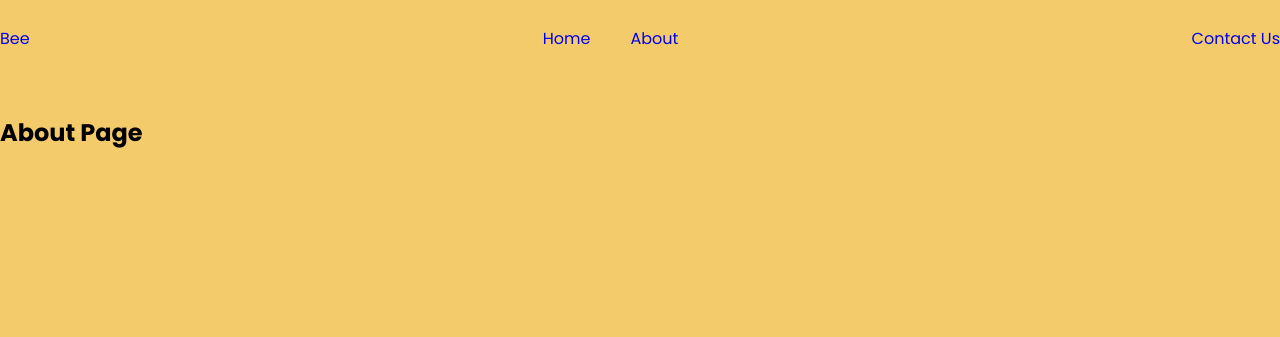
Repository: ble-syn/Random-user-generator-app
Page: /about
The author's editor kept a copy of each file at every save. The page is drawn from the files as they stood at one save, then again after the next save.
The browser window is 1280 px wide. The pictures show the whole page.
The project was rebuilt for these pictures with package versions that can differ from the ones it lists, and the page was loaded fresh each time. Also part of the build but not shown: src/components/pagination.jsx, src/components/ErrorBoundaries.jsx, src/components/User.jsx, src/pages/Home.jsx, src/pages/Policy.jsx, src/pages/Terms.jsx, src/pages/Contact.jsx, src/pages/NotFound.jsx.

Above is the page before, as saved 2022-10-28 14:02:39.

### src/index.css
@import url("https://fonts.googleapis.com/css2?family=Poppins:ital,wght@0,200;0,300;0,400;0,500;0,600;0,700;1,400&display=swap");
*{
  margin: 0;
  padding: 0;
  box-sizing: border-box;
}
a {
  text-decoration: none;
}

body {
  background-color: #F4CB6B;
  font-family: "Poppins", sans-serif;
}
.container {
  width: 100%;
  max-width: 1300px;
  margin: 0 auto;

}

nav {
  display: flex;
  justify-content: space-between;
  margin: 2% 0 5%;
}
.menu {
  margin: 0 20px;
}

.home-container{
  display: flex;

  align-items: center;
}
/* LEFT STYLES */
#left {
  flex: 5;
}
#left h1 {
  font-size: 3rem;
  font-weight: 700;
  margin-bottom: 20px;
}
#left p {
  font-size: 1.2rem;
  margin-bottom: 20px;
}
.search-input {
  width: 80%;
  background-color: #dadada;
  border-radius: 12px;
  border: none;
  display: flex;
  place-items: center;
  padding-left: 15px;
  margin: 50px 0;
}
input {
  border: none;
  border-radius: 12px;
  background-color: inherit;
  width: 100%;
  height: 50px;
  padding-left: 5px;
  font-size: 20px;
}
input:focus {
  outline: none;
}
input::placeholder {
  color: #171717;
}
.user-link-cont {
  margin-top: 70px;
}
.user-link{
  margin-right: 80px;
  padding: 30px;
  border-radius: 10px;
  color: #FFF;
  cursor: pointer;
  border: none;
  box-shadow: 0px 2px 5px  rgba(0, 0, 0, 0.5);
}
.all-user {
  background-color: #BF9679;
}
.f-user{
  background-color: #F97661;
}
.m-user{
background-color: #8DCC50;
}

#right{
  height: 90vh;
  flex: 5;
  margin-left: 20px;
  background-color: #F2F2EF;
  border-radius: 50px;
  padding: 20px;
}

.usercard {
  background-color: #F2F2EF;
  border-radius: 20px;
  display: flex;
  justify-content: space-between;
  align-items: center;
  padding: 20px;
  margin: 20px 0;
  box-shadow: 0px 2px 5px  rgba(0, 0, 0, 0.5);
}

img {
 border: 5px solid#8DCC50;
  border-radius: 50%;
  margin: 5px 0;
}

.pagination {
  display: flex;
  justify-content: center;
  align-items: center;
  gap: 12px;
  margin: 20px 0;
}

.pagination-num {
  display: flex;
  justify-content: center;
  align-items: center;
  gap: 12px;
}

.pagination-child,
.prev,
.next {
  opacity: 1;
  border: 1px solid #000;
  padding: 8px 16px;
  cursor: pointer;
  border-radius: 10px;
  transition: all 0.3s ease;
}

.pagination-child:hover,
.prev:hover,
.next:hover {
  transform: scale(1.1);
  background-color: #F4CB6B;
}

.disabled {
  opacity: 0.5;
  cursor: not-allowed;
}

### src/App.js
import { BrowserRouter as Router, Routes, Route, Navigate} from "react-router-dom";
import Navbar from "./components/Navbar";
import Home from "./pages/Home";
import About from "./pages/About";
import Policy from "./pages/Policy";
import Terms from "./pages/Terms";
import Contact from "./pages/Contact";
import NotFound from "./pages/NotFound";

function App() {
  return (
    <div className="container">
      <Router>
      <Navbar />
        <Routes>
          <Route path="/" element={<Home />} />
          <Route path="/about" element={<About />}>
            <Route path="policy" element={<Policy />} />
            <Route path="terms" element={<Terms />} />
          </Route>
          <Route path="/contact" element={<Contact />} />
          <Route path="/not-found" element={<NotFound />} />
          <Route path="*" element={<Navigate to="/not-found" />} />
        </Routes>
      </Router>

    </div>
  );
}

export default App;

### src/components/Navbar.jsx
import React from "react";
import { Link } from "react-router-dom";

function Navbar() {
    return (
      <nav className="header">
        <div className="logo">
          <Link to="/">Bee</Link>
        </div>


        <div>
            <Link to="/" className="menu">Home</Link>

            <Link to="/about" className="menu">About</Link>
        </div>
        <div>
            <Link to="/contact">Contact Us</Link>
        </div>
      </nav>
    );
  }

export default Navbar;

### src/pages/About.jsx
import React from "react";


function About() {


  return (
    <div>
      <h2> About Page</h2>
    </div>
  );
}

export default About;

Loaded but not shown: public/index.html (common file); src/index.js (common file); src/reportWebVitals.js (common file)

After the next save:
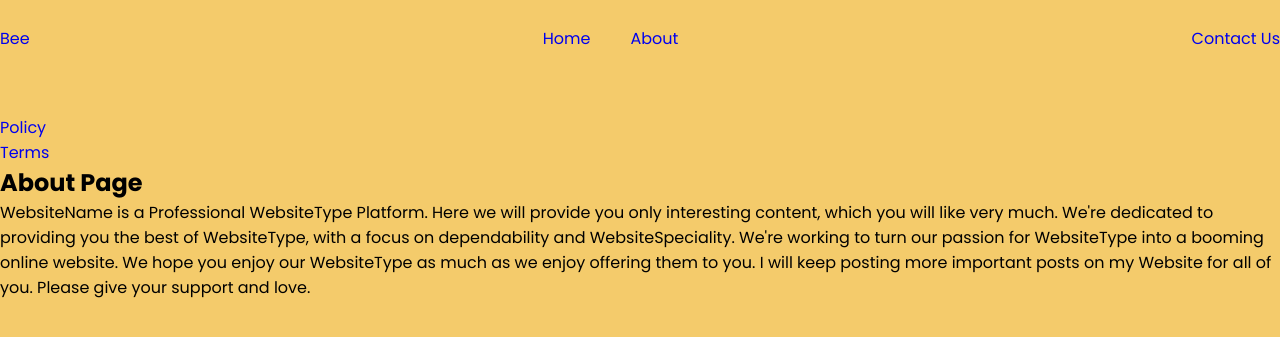
Saved 2 min 57 s later.
--- a/src/pages/About.jsx
+++ b/src/pages/About.jsx
@@ -1,12 +1,38 @@
 import React from "react";
-
+import { Link, Outlet, useLocation } from "react-router-dom";
 
 function About() {
-
+  const location = useLocation();
 
   return (
     <div>
-      <h2> About Page</h2>
+      <div className="header">
+        <ul>
+          <li>
+            <Link to="/about/policy">Policy</Link>
+          </li>
+          <li>
+            <Link to="/about/terms">Terms</Link>
+          </li>
+        </ul>
+      </div>
+      {location.pathname === "/about" ? (
+        <div>
+          <h2>About Page</h2>
+          <p>
+            WebsiteName is a Professional WebsiteType Platform. Here we will
+            provide you only interesting content, which you will like very much.
+            We're dedicated to providing you the best of WebsiteType, with a
+            focus on dependability and WebsiteSpeciality. We're working to turn
+            our passion for WebsiteType into a booming online website. We hope
+            you enjoy our WebsiteType as much as we enjoy offering them to you.
+            I will keep posting more important posts on my Website for all of
+            you. Please give your support and love.
+          </p>
+        </div>
+      ) : (
+        <Outlet />
+      )}
     </div>
   );
 }
